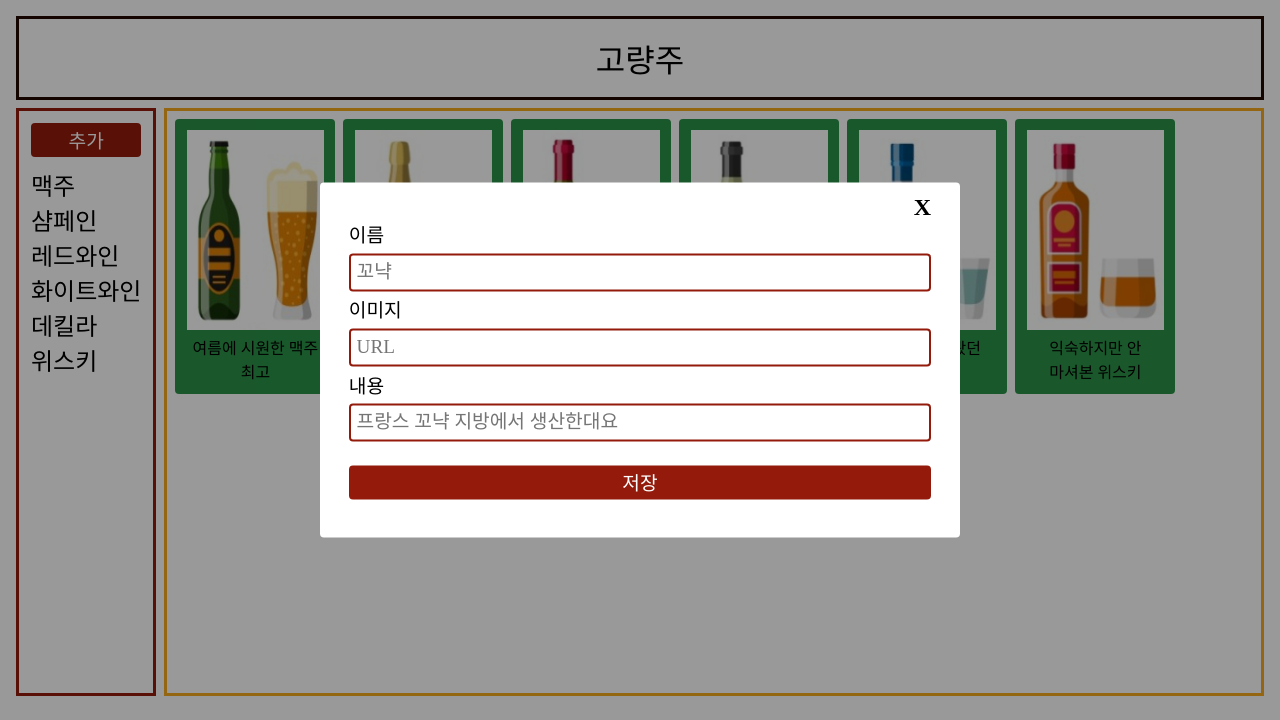
Repository: Jay-JYKim91/grj_2nd_week
Page: index.html
The author's editor kept a copy of each file at every save. The page is drawn from the files as they stood at one save, then again after the next save.
The browser window is 1280 px wide. The pictures show the whole page.
Some web fonts or font styles are not loaded; a fallback is used.

Above is the page before, as saved 2022-05-16 17:13:53.

After the next save:
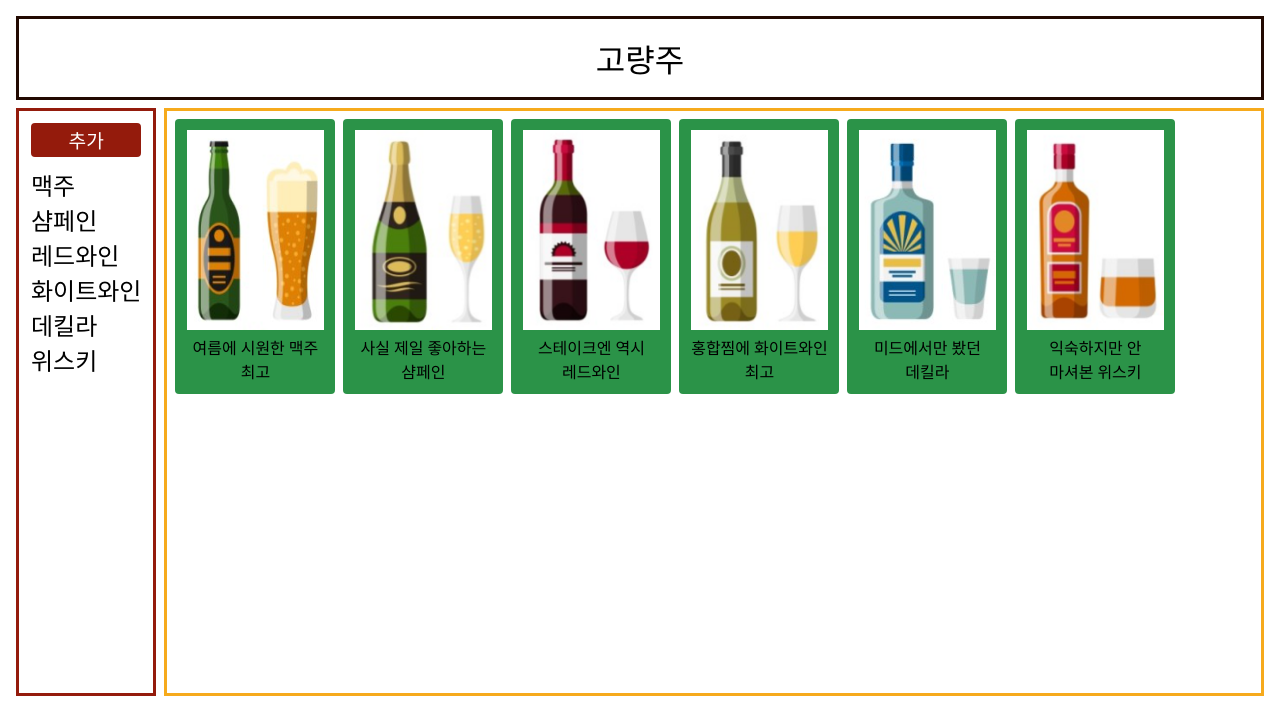
Saved 54 s later.
--- a/styles.css
+++ b/styles.css
@@ -99,6 +99,7 @@ aside {
 }
 
 .modal {
+  display: none;
   position: fixed;
   z-index: 1;
   left: 0;
